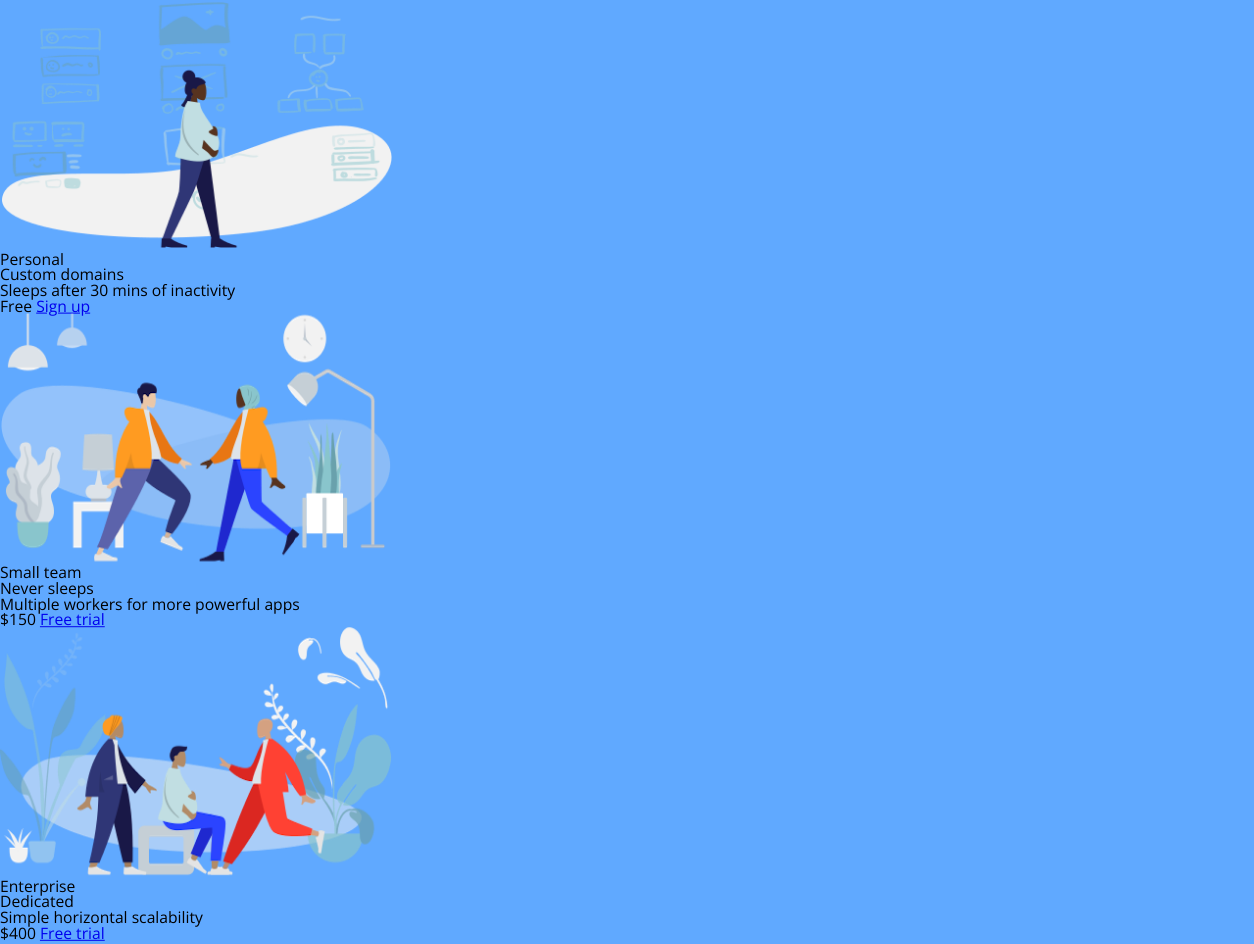
Repository: fatehailey/Pricing-Panel
Page: index.html
An editor plug-in stored every save of this project. The page is shown before and after a run of saves, followed by the edit.
The browser window is 1280 px wide. The pictures show the whole page, at 98% of full size.

Above is the page before, as saved 2022-09-05 20:05:44.

### index.html
<!DOCTYPE html>
<html lang="en">

<head>
    <meta charset="UTF-8">
    <meta name="viewport" content="width=device-width, initial-scale=1.0">
    <title>Price Tiers</title>
    <link rel="stylesheet" href="https://fonts.googleapis.com/css?family=Open+Sans:400,600,700">
    <link rel="stylesheet" href="app.css">
</head>

<body>
    <div class="panel pricing-table">

        <div class="pricing-plan">
            <img src="icons/icon1.png" alt="" class="pricing-img">
            <h2 class="pricing-header">Personal</h2>
            <ul class="pricing-features">
                <li class="pricing-features-item">Custom domains</li>
                <li class="pricing-features-item">Sleeps after 30 mins of inactivity</li>
            </ul>
            <span class="pricing-price">Free</span>
            <a href="#/" class="pricing-button">Sign up</a>
        </div>

        <div class="pricing-plan">
            <img src="icons/icon2.png" alt="" class="pricing-img">
            <h2 class="pricing-header">Small team</h2>
            <ul class="pricing-features">
                <li class="pricing-features-item">Never sleeps</li>
                <li class="pricing-features-item">Multiple workers for more powerful apps</li>
            </ul>
            <span class="pricing-price">$150</span>
            <a href="#/" class="pricing-button is-featured">Free trial</a>
        </div>

        <div class="pricing-plan">
            <img src="icons/icon3.png" alt="" class="pricing-img">
            <h2 class="pricing-header">Enterprise</h2>
            <ul class="pricing-features">
                <li class="pricing-features-item">Dedicated</li>
                <li class="pricing-features-item">Simple horizontal scalability</li>
            </ul>
            <span class="pricing-price">$400</span>
            <a href="#/" class="pricing-button">Free trial</a>
        </div>

    </div>

</body>

</html>

### app.css
/* http://meyerweb.com/eric/tools/css/reset/
   v2.0 | 20110126
   License: none (public domain)
*/

html, body, div, span, applet, object, iframe,
h1, h2, h3, h4, h5, h6, p, blockquote, pre,
a, abbr, acronym, address, big, cite, code,
del, dfn, em, img, ins, kbd, q, s, samp,
small, strike, strong, sub, sup, tt, var,
b, u, i, center,
dl, dt, dd, ol, ul, li,
fieldset, form, label, legend,
table, caption, tbody, tfoot, thead, tr, th, td,
article, aside, canvas, details, embed,
figure, figcaption, footer, header, hgroup,
menu, nav, output, ruby, section, summary,
time, mark, audio, video {
	margin: 0;
	padding: 0;
	border: 0;
	font-size: 100%;
	font: inherit;
	vertical-align: baseline;
}
/* HTML5 display-role reset for older browsers */
article, aside, details, figcaption, figure,
footer, header, hgroup, menu, nav, section {
	display: block;
}
body {
	line-height: 1;
}
ol, ul {
	list-style: none;
}
blockquote, q {
	quotes: none;
}
blockquote:before, blockquote:after,
q:before, q:after {
	content: '';
	content: none;
}
table {
	border-collapse: collapse;
	border-spacing: 0;
}


html {
    box-sizing: border-box;
    font-family: 'Open Sans', sans-serif;
}
body{
    background-color: #60a9ff;
}

.panel

After the next 3 saves:
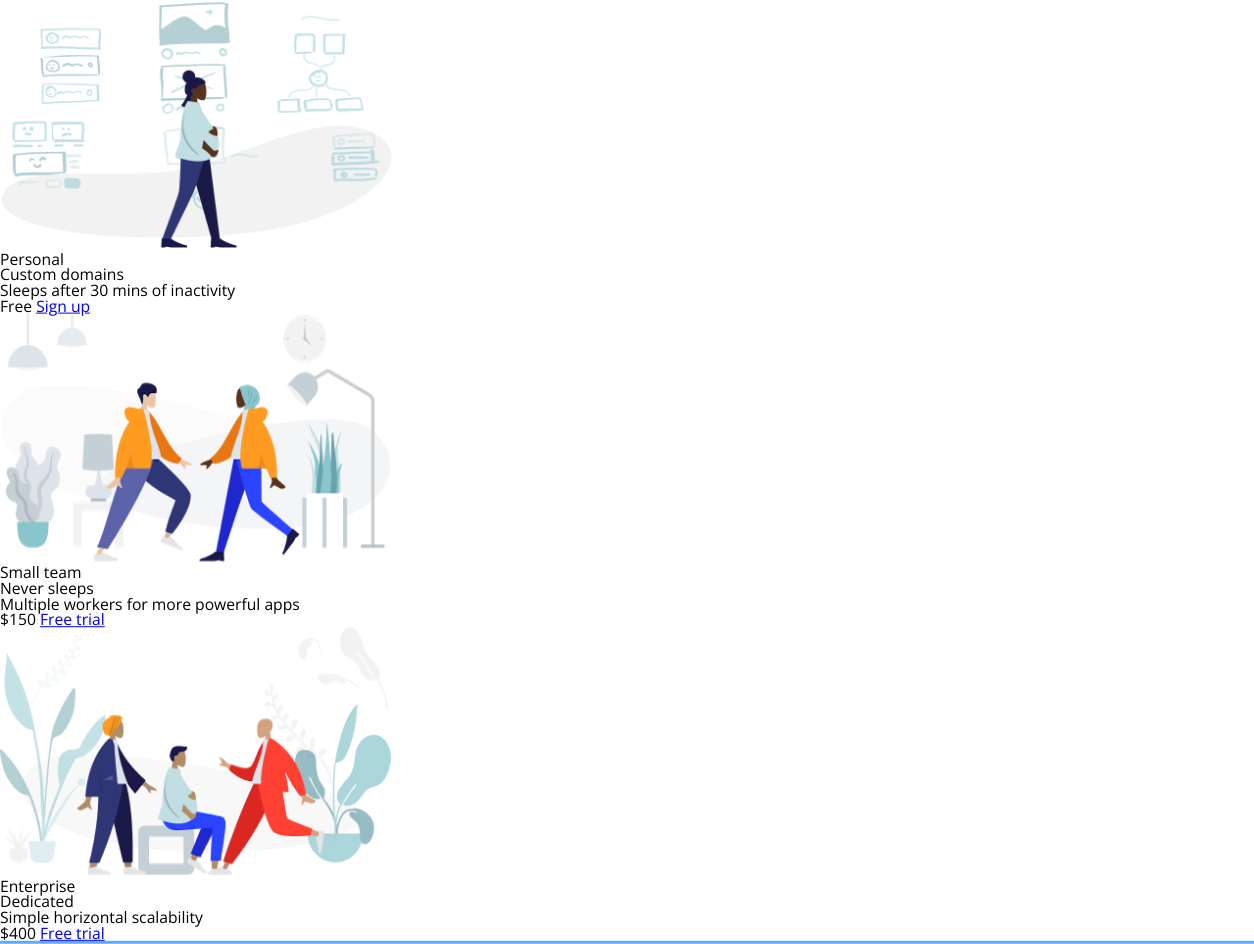
The 3 saves are shown as one change because they came seconds apart.
The last was saved 9 s later.
--- a/app.css
+++ b/app.css
@@ -56,4 +56,6 @@ body{
     background-color: #60a9ff;
 }
 
-.panel
+.panel{
+    background-color: white;
+}
